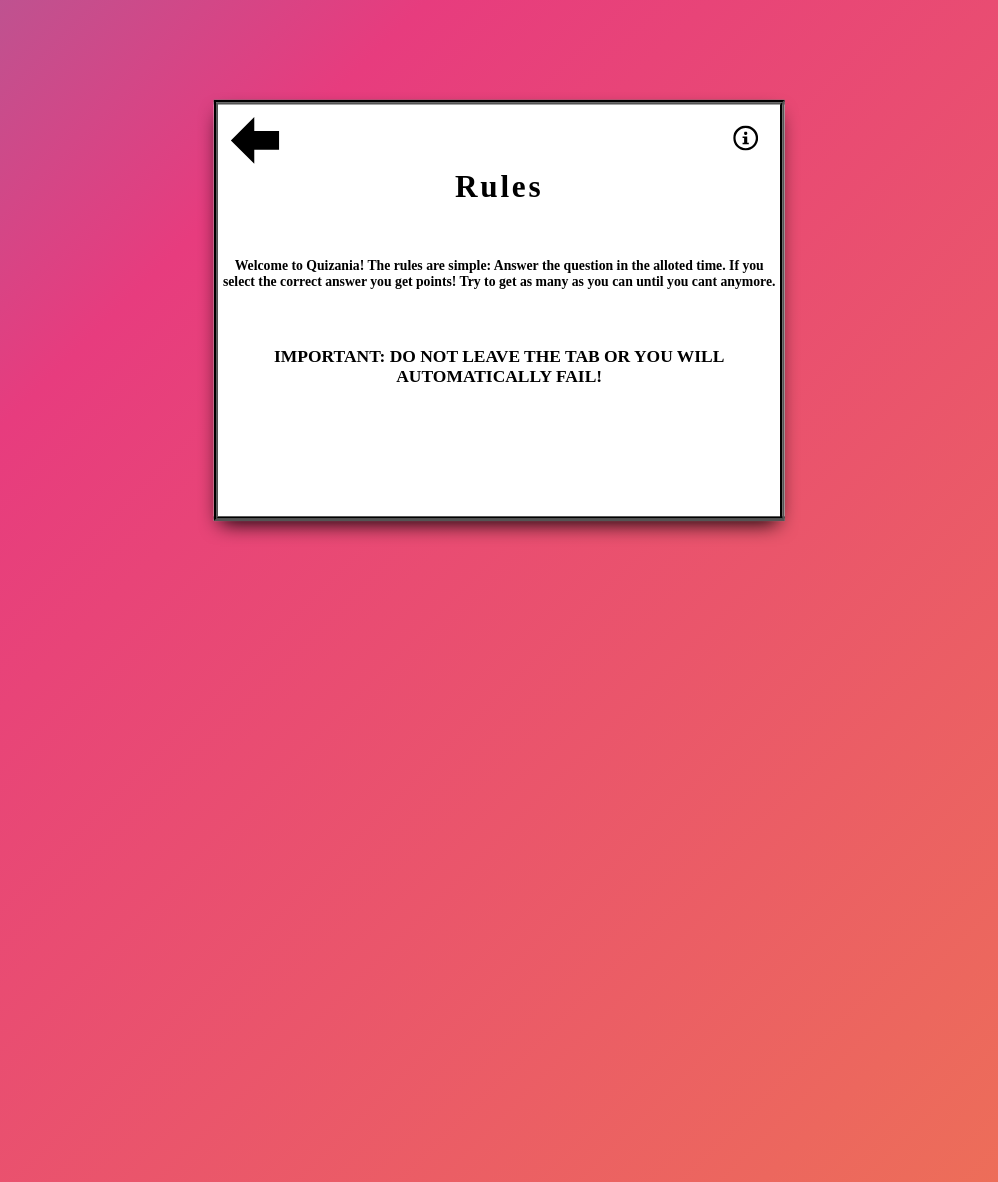
Repository: PatrickTheCodeGuy/QuizApp
Page: /newGame (app in quizapp/)
An editor plug-in stored every save of this project. The page is shown before and after the next save, followed by the edit.
The browser window is 1280 px wide. The pictures show the whole page, at 78% of full size.
The project was rebuilt for these pictures with package versions that can differ from the ones it lists, and the page was loaded fresh each time. A package was used in the major version that the imports need, not the one package.json lists. Also part of the build but not shown: quizapp/src/App.css, quizapp/src/components/Leaderboard/Leaderboard.css, quizapp/src/components/Leaderboard/Leaderboard.js, quizapp/src/components/StartMenu/StartMenu.js, quizapp/src/App.js.

Above is the page before, as saved 2021-07-08 20:31:01.

### quizapp/src/index.js
import React from 'react';
import ReactDOM from 'react-dom';
import './index.css';
import App from './App';
import GameInfo from './components/GameInfo/GameInfo';
import reportWebVitals from './reportWebVitals';
import {
  BrowserRouter as Router,
  Switch,
  Route,
  Link
} from "react-router-dom";

ReactDOM.render(
  <React.StrictMode>
    <Router>
          <Switch>
              <Route exact path="/" component={App}/>
              <Route path="/newGame" component={GameInfo}/>
          </Switch>
      </Router>
  </React.StrictMode>,
  document.getElementById('root')
);

// If you want to start measuring performance in your app, pass a function
// to log results (for example: reportWebVitals(console.log))
// or send to an analytics endpoint. Learn more: https://bit.ly/CRA-vitals
reportWebVitals();

### quizapp/src/index.css
body {
  margin: 0;
  font-family: -apple-system, BlinkMacSystemFont, 'Segoe UI', 'Roboto', 'Oxygen',
    'Ubuntu', 'Cantarell', 'Fira Sans', 'Droid Sans', 'Helvetica Neue',
    sans-serif;
  -webkit-font-smoothing: antialiased;
  -moz-osx-font-smoothing: grayscale;
  background: linear-gradient(-45deg, #ee7752, #e73c7e, #23a6d5, #23d5ab);
    background-size: 400% 400%;
    animation: gradient 15s ease infinite;
}

code {
  font-family: source-code-pro, Menlo, Monaco, Consolas, 'Courier New',
    monospace;
}
html, body, #app, #app>div {
  width: 100%;
  height:100%;
}

hr.rounded {
  border-top: 5px solid black;
    border-radius: 1px;
    width: 55%;
}

#root{
  display:flex;
}


@keyframes gradient {
    0% {
        background-position: 0% 50%;
    }
    50% {
        background-position: 100% 50%;
    }
    100% {
        background-position: 0% 50%;
    }
}

### quizapp/src/components/GameInfo/GameInfo.js
import React, { useState } from 'react';
import './GameInfo.css';
import {
	Link
} from 'react-router-dom';
import{ ImArrowLeft, ImInfo }from 'react-icons/im';
import Modal from 'react-modal';


function GameInfo() {
	// Fix for screen readers getting an error on modal mount
	Modal.setAppElement('#root');

	// Modal hook
	const [modalIsOpen, setModalIsOpen] = useState(false);
    return(
        <div className="gameInfo-container">
            <div className="gameInfo-header">
                <Link className="back-button" to="/">
																		<ImArrowLeft size={64} className="back-arrow"/>
																</Link>
																<button class="modal-button"onClick={() => setModalIsOpen(true)}>
																	<ImInfo size={32} className="info-icon"/>
																</button>
																<Modal onRequestClose={() => setModalIsOpen(false)} isOpen={modalIsOpen}>
																		<h1>Modal is Open</h1>
																</Modal>
            </div>
            <div className="gameInfo-body">
																<h5 class="rules-text">Rules</h5>
            </div>
												<div>
													<p class="regular-text info">Welcome to Quizania!
													The rules are simple: Answer the question in the alloted time. If you select the correct answer you get points! Try to get as many as you can until you cant anymore.</p>
													<p class="regular-text warning">IMPORTANT: DO NOT LEAVE THE TAB OR YOU WILL AUTOMATICALLY FAIL!</p>
												</div>

												</div>
    )
}

export default GameInfo;

### quizapp/src/components/GameInfo/GameInfo.css
.gameInfo-container{
    border: 6px groove black;
    text-align: center;
    background-color: white;
    box-shadow: 0px 12px 25px -8px #000000;
    width: 45em;
    height: 33em;
    margin: 10% auto;
}

.back-button {
    margin-left: 2%;
    margin-top: 2%;
    color: rgb(0, 0, 0);
}

.back-button:hover {
    color: rgba(26, 26, 26, 0.749);
    transform: translateY(2px);
}

.modal-button{
    border: none;
    width: 45px;
    height: 45px;
    margin-right: 3%;
    margin-top: 3%;
    background:white;
    color: black;
}

.rules-text{
    font-family: 'Pacifico', cursive;
    font-size: 2.5em;
    letter-spacing: 0.09em;
    margin-top: 0%;
}

.info {
    font-size: 1.1em;
    font-weight: 600;
}

.warning {
    font-weight: bolder;
}



.modal-button:hover {
    color: rgba(40, 40, 40, 0.811);
    transform: translateY(2px);
}

.gameInfo-header{
    display: flex;
    justify-content: space-between;
}

### quizapp/src/components/StartMenu/StartMenu.css
.menu-text{
    font-family: 'Pacifico', cursive;
    font-size: 8em;
    letter-spacing: 0.09em;
    margin-top: 0%;
}

.regular-text{
    font-family:Roboto-Regular;
    font-weight:900;
    font-size: 1.4em;
    margin-bottom: 10%;
}

.button-start{
    padding: 20px 50px;
    font-family: 'Press Start 2P', cursive;
    height: 12%;
    background: linear-gradient(-42deg, #ee7752, #e73c7e, #23a6d5, #23d5ab);
    background-size: 400% 400%;
    animation: gradient 13s ease infinite;
    margin-top: 5%;
    color: white;
    border: none;
    font-size: x-large;
    font-weight: 600;
    transition: background-color 0.1s ease;
}

.button-start:hover{
    background: linear-gradient(-42deg, #a45137, #91254e, #15607b, #158268);
    background-size: 400% 400%;
    animation: gradient 13s ease infinite;
    color: black;
}

.button-start:active {
    border: 2px solid rgba(0, 0, 0, 0.564);
    background: white;
    color: rgb(43, 43, 43);
    transform: translateY(4px);
}

.menu-container{
    border: 6px groove black;
    text-align: center;
    background-color: white;
    box-shadow: 0px 12px 25px -8px #000000;
    width: 45em;
    height: 33em;
    margin: 20% 15%;
}

Loaded but not shown: quizapp/src/reportWebVitals.js (common file)

After the next save:
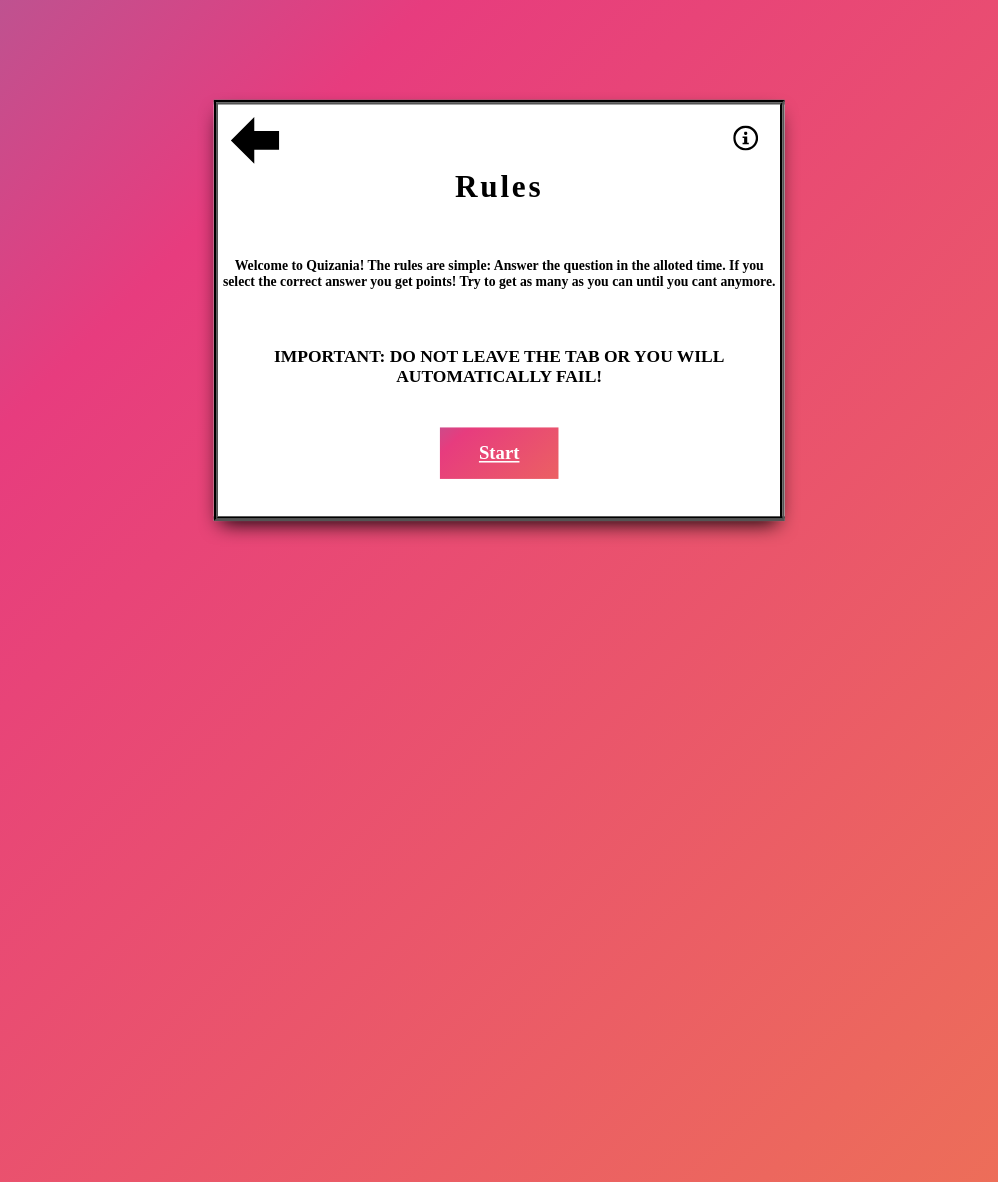
Saved 41 s later.
--- a/quizapp/src/components/GameInfo/GameInfo.js
+++ b/quizapp/src/components/GameInfo/GameInfo.js
@@ -33,6 +33,7 @@
 													<p class="regular-text info">Welcome to Quizania!
 													The rules are simple: Answer the question in the alloted time. If you select the correct answer you get points! Try to get as many as you can until you cant anymore.</p>
 													<p class="regular-text warning">IMPORTANT: DO NOT LEAVE THE TAB OR YOU WILL AUTOMATICALLY FAIL!</p>
+													<Link to='/newGame' class="button-start">Start</Link>
 												</div>
 
 												</div>
